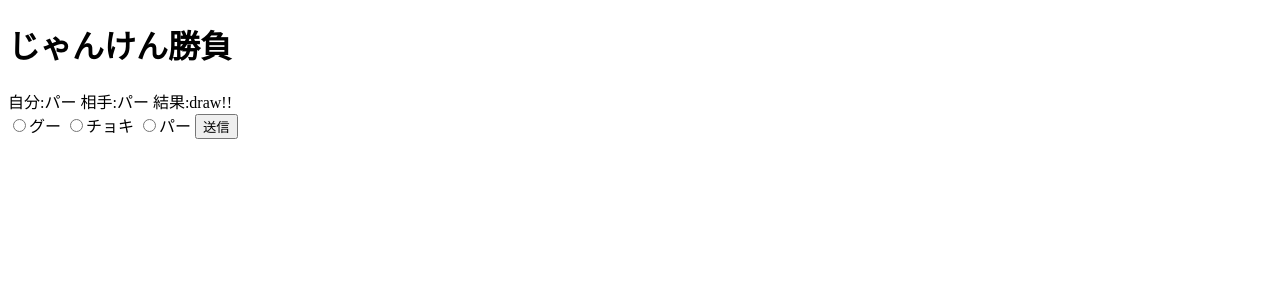
Repository: kawahito05-work/dc_work_nakano_kawahito_php
Page: http://localhost/htdocs/php07/practice_global_intermediate.php
The author's editor kept a record of every edit. The page is drawn from the files as they stood at one moment, then again after the next edit.
The browser window is 1280 px wide. The pictures show the whole page.
The page is run by PHP 8.4 with error messages shown; the project is at /var/www/html/.

Above is the page before.

### htdocs/php07/practice_global_intermediate.php
<?php
$hand = '';
$opposite = '';
if(isset($_POST['my_hand'])===TRUE){
    $hand = (int)htmlspecialchars($_POST['my_hand'], ENT_QUOTES, 'UTF-8');
    $opposite = mt_rand(1,3);
    //print $opposite;
}
?>
<!DOCTYPE html>
<html lang="ja">
<head>
    <meta charset="UTF-8">
    <title></title>
</head>
<body>
    <h1>じゃんけん勝負</h1>
    自分:<?php if($hand === 1){print 'グー';}else if($hand === 2){print 'チョキ';}else{print 'パー';} ?>
    相手:<?php if($opposite === 1){print 'グー';}else if($opposite === 2){print 'チョキ';}else{print 'パー';} ?>
    結果:<?php if($opposite === $hand){print 'draw!!';}else if(($hand - $opposite)=== -2 ||($hand - $opposite)=== 1){print 'lose!!';} else {print 'win!!';} ?>
    <form method="post">
    <input type="radio" name="my_hand" value="1" <?php if($hand === 1) {print 'checked';} ?>>グー
    <input type="radio" name="my_hand" value="2" <?php if($hand === 2) {print 'checked';} ?>>チョキ
    <input type="radio" name="my_hand" value="3" <?php if($hand === 3) {print 'checked';} ?>>パー
    <input type="submit" value="送信">
    </form>
</body>
</html>

After the next edit:
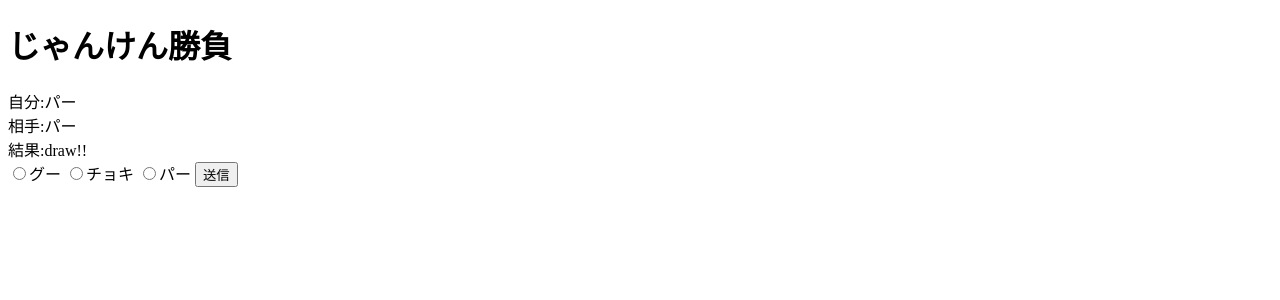
The edit:
--- a/htdocs/php07/practice_global_intermediate.php
+++ b/htdocs/php07/practice_global_intermediate.php
@@ -15,8 +15,8 @@
 </head>
 <body>
     <h1>じゃんけん勝負</h1>
-    自分:<?php if($hand === 1){print 'グー';}else if($hand === 2){print 'チョキ';}else{print 'パー';} ?>
-    相手:<?php if($opposite === 1){print 'グー';}else if($opposite === 2){print 'チョキ';}else{print 'パー';} ?>
+    自分:<?php if($hand === 1){print 'グー';}else if($hand === 2){print 'チョキ';}else{print 'パー';} ?><br>
+    相手:<?php if($opposite === 1){print 'グー';}else if($opposite === 2){print 'チョキ';}else{print 'パー';} ?><br>
     結果:<?php if($opposite === $hand){print 'draw!!';}else if(($hand - $opposite)=== -2 ||($hand - $opposite)=== 1){print 'lose!!';} else {print 'win!!';} ?>
     <form method="post">
     <input type="radio" name="my_hand" value="1" <?php if($hand === 1) {print 'checked';} ?>>グー
